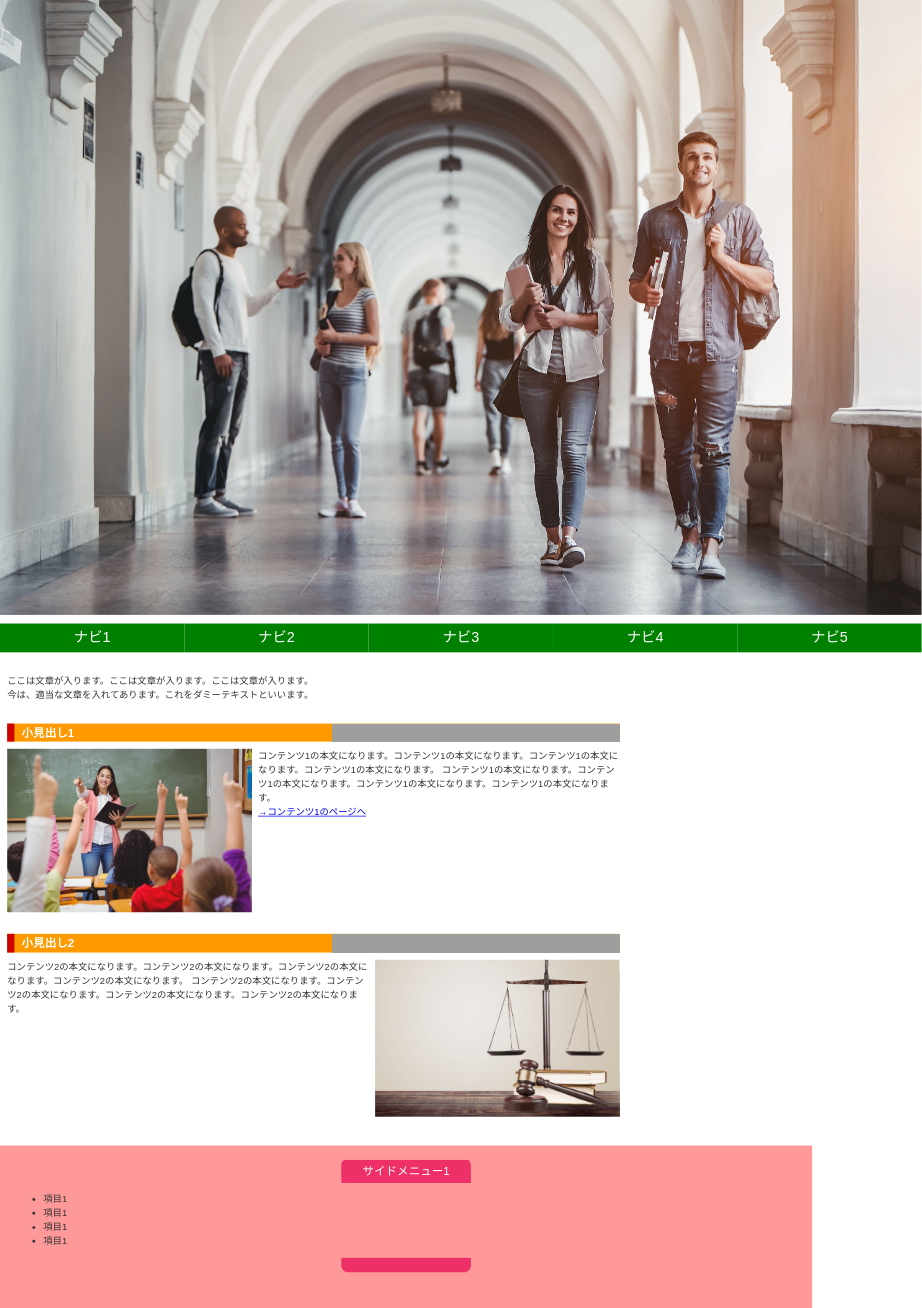
Repository: saekato/HTML
Page: home.html
The author's editor kept a record of every edit. The page is drawn from the files as they stood at one moment, then again after the next edit.
The browser window is 1280 px wide. The pictures show the whole page, at 72% of full size.
Pictures or frames that could not be fetched are drawn as grey boxes.

Above is the page before.

### home.html
<!DOCTYPE html>
<html lang="ja">
    <head>
        <meta charset="UTF-8">
        <title>HTML/CSSの学習</title>
        <link rel="stylesheet" href="stylesheet.css">
    </head>
    <body>
        <div id="header">
            <h1><a href="index.html"><img id="corridor" src="images/corridor.jpg" alt="大学の廊下" /></a></h1>
        </div>
        <div id="wrapper">
            <div id="nav">
                <ul>
                    <li><a href="home.html">ナビ1</a></li>
                    <li><a href="#">ナビ2</a></li>
                    <li><a href="#">ナビ3</a></li>
                    <li><a href="#">ナビ4</a></li>
                    <li><a href="#">ナビ5</a></li>
                </ul>
            </div>
            <div id="container">
                <div id="main">
                    <div class="post">
                        <p>ここは文章が入ります。ここは文章が入ります。ここは文章が入ります。<br />今は、適当な文章を入れてあります。これをダミーテキストといいます。</p>
                    </div>
                    <div class="post clearfix">
                        <h2>小見出し1</h2>
                        <img class="left" src="images/classroom.jpg" alt="授業風景" />
                        <p>
                            コンテンツ1の本文になります。コンテンツ1の本文になります。コンテンツ1の本文になります。コンテンツ1の本文になります。
                            コンテンツ1の本文になります。コンテンツ1の本文になります。コンテンツ1の本文になります。コンテンツ1の本文になります。
                        </p>
                        <p><a href="#">→コンテンツ1のページへ</a></p>
                    </div>
                    <div class="post clearfix">
                        <h2>小見出し2</h2>
                        <img class="right" src="images/scale.jpg" alt="天秤" />
                        <p>
                            コンテンツ2の本文になります。コンテンツ2の本文になります。コンテンツ2の本文になります。コンテンツ2の本文になります。
                            コンテンツ2の本文になります。コンテンツ2の本文になります。コンテンツ2の本文になります。コンテンツ2の本文になります。
                        </p>
                    </div>
                </div>
            </div>
                <div id="side">
                    <div class="box">
                        <h2>サイドメニュー1</h2>
                        <div class="boxbody">
                            <ul>
                                <li>項目1</li>
                                <li>項目1</li>
                                <li>項目1</li>
                                <li>項目1</li>
                            </ul>
                        </div>
                    </div>
                </div>

### stylesheet.css
@charset "utf-8";

body {
    margin: 0;
    padding: 0;
    font-family: "ヒラギノ角ゴ Pro W3", "Hiragino Kaku Gothic Pro", "メイリオ", Meiryo, Osaka, "ＭＳ Ｐゴシック", "MS PGothic", sans-serif;
    color: #333;
    font-size: 13px;
    line-height: 150%;
}

/*------------------------ wrapper ----------------------*/
#wrapper {
    width: 100%;
    margin: auto;
    padding: 0px;
    border: 0px;
    background-color: #FFF;
    top: 10px;
    position: relative;
}

/*----------------------- header ------------------------*/
#header {
    width: 100%;

}
#header h1 {
    margin: 0;
    padding: 0;
}

#corridor {
    width: 100%;
    height: auto;
}

/*----------------------- footer ------------------------*/
#footer {
    clear: both;
    width: 100%;
    padding: 3px 0 3px 0;
    background: #39F;
    color: #FFF;
    font-weight: bold;
    text-align: center;
}

/*----------------------- nav ---------------------------*/
#nav {
    width: 100%;
}
#nav ul {
    display: flex;
    margin: 0;
    padding:  0;
    list-style-type: none;
}
#nav ul li {
    width: 20%;
    text-align: center;
}
#nav ul li a {
    display: block;
    height: 20px;
    margin: 0;
    padding: 10px;
    color: #FFF;
    font-size: 20px;
    text-decoration: none;
    background-color: green;

}

#nav ul li a:hover {
    filter: drop-shadow(10px 10px 10px black);
}
/*------------------------ container ----------------------*/
#container {
    width: 100%;
    margin: auto;
    padding: auto;
    padding-top: 20px;
    clear: both;
    display: grid;
    grid-template-columns: 70vw 30vw;
}
/*--------------------------- main -----------------------*/
#main {
    width: 95%;
    padding: 10px 30px 10px 10px;

}
#main h2 {
    margin: 0 0 10px 0;
    padding: 3px 10px 3px 10px;
    color: #FFF;
    font-size: 16px;
    border-left: solid 10px #C00;
    background: #F90 url(../images/main_h2.jpg) right top repeat-y;
}
#main p {
    margin: 0;
    padding: 0;
}
#main .post {
    margin: 0 0 30px 0;
}
#main .post img.right {
    margin: 0 0 0 8px;
}
#main .post img.left {
    margin:0 8px 0 0;
}

.right {
    float: right;
    width: 40%;
    height: auto;
}
.left {
    float: left;
    width: 40%;
    height:  auto;
}

/*----------------------------- clearfix -----------------------*/
.clearfix {
    zoom: 1;
}
.clearfix:after {
    content:"";
    display:  block;
    clear: both;
}

/*----------------------------- side ---------------------------*/
#side {
    width: 85%;
    padding: 20px;
    background-color: #F99;
}

#side .box {
    margin: 0 auto 30px auto;
    padding: 0 0 20px 0;
    background: url(images/side_box.png) bottom no-repeat;
}
#side .box h2 {
    margin: 0;
    padding: 8px;
    text-align: center;
    color: #fff;
    font-size: 16px;
    line-height: 16px;
    font-weight: normal;
    background: url(images/side_box_h2.png) center no-repeat;
}
#side .box .boxBody {
    padding:  8px;
    border-right: solid 1px #C36;
    border-bottom: solid 1px #C36;
    border-left: solid 1px #C36;
    background: #fff;
}
#side .box .boxBody ul {
    margin: 0 0 16px 0;
    padding: 0;
}
#side .box .boxBody ul li {
    padding: 8px 0 8px 4px;
    list-style: none;
    border-bottom: solid 1px #C36;
}

#side .box .boxBody ul li:hover {
    padding: 8px 0 8px 4px;
    list-style: none;
    border-bottom: solid 1px #C36;
    box-shadow: 0px 4px 4px rgba(0, 0, 0, 0.3);
}

After the next edit:
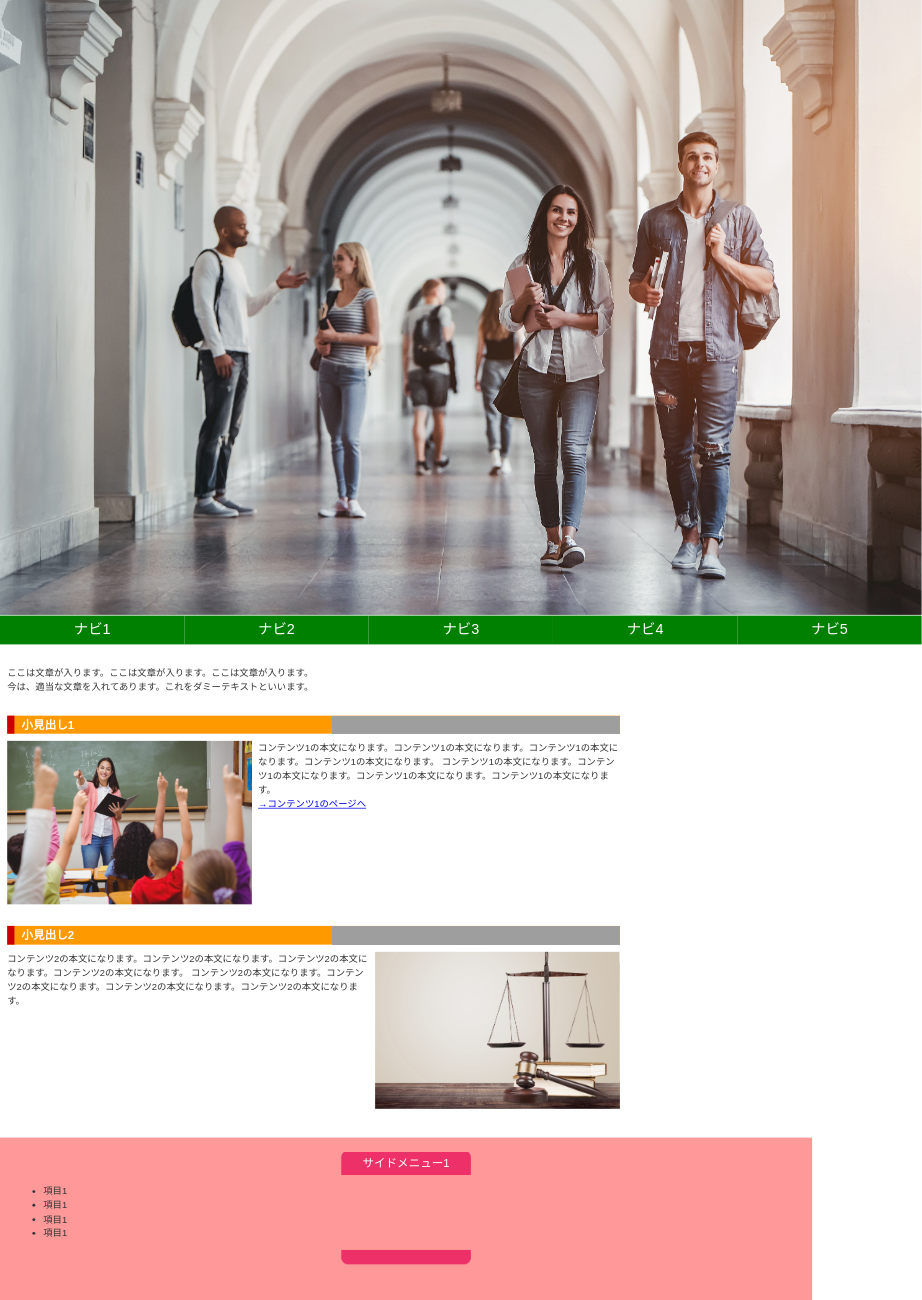
The edit:
--- a/stylesheet.css
+++ b/stylesheet.css
@@ -12,7 +12,7 @@
 /*------------------------ wrapper ----------------------*/
 #wrapper {
     width: 100%;
-    margin: auto;
+    margin-top: -11px;
     padding: 0px;
     border: 0px;
     background-color: #FFF;
